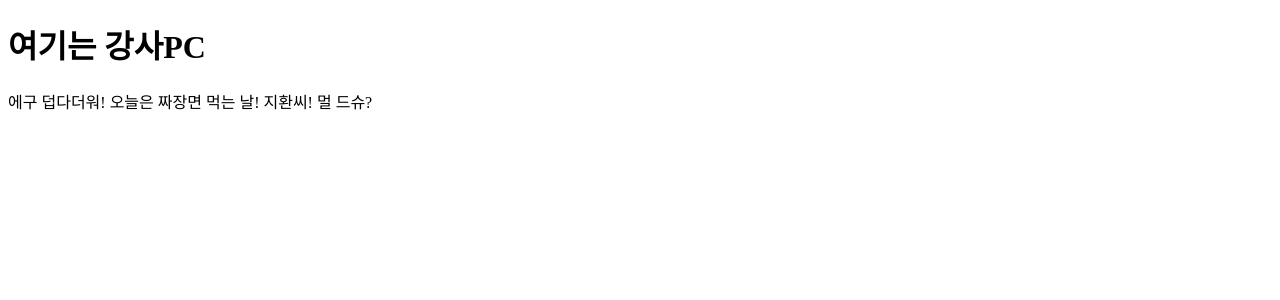
Repository: Sanetuk/jspprojects
Page: myweb/src/main/webapp/myhtml.html
An editor plug-in stored every save of this project. The page is shown before and after the next save, followed by the edit.
The browser window is 1280 px wide. The pictures show the whole page.

Above is the page before, as saved 2024-08-06 01:48:12.

After the next save:
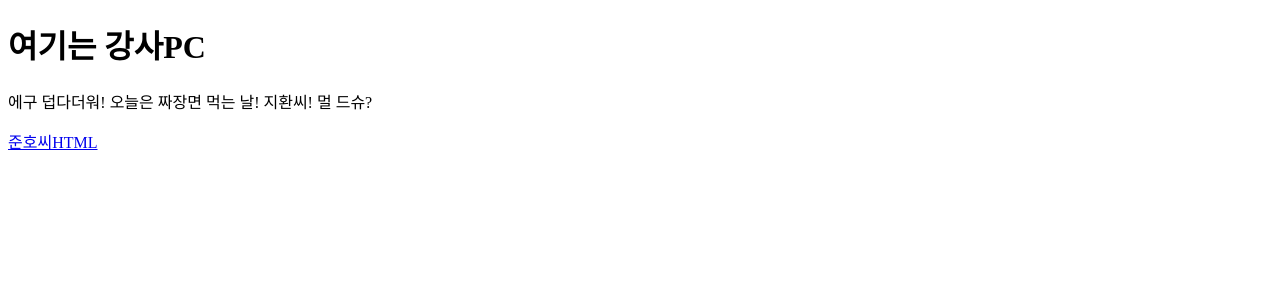
Saved 39 min 38 s later.
--- a/myweb/src/main/webapp/myhtml.html
+++ b/myweb/src/main/webapp/myhtml.html
@@ -7,5 +7,6 @@
 <body>
 	<h1>여기는 강사PC</h1>
 	<p>에구 덥다더워! 오늘은 짜장면 먹는 날! 지환씨! 멀 드슈?</p>
+	<a href="http://172.168.10.11:9000/myweb/myhtml.html">준호씨HTML</a>
 </body>
 </html>
